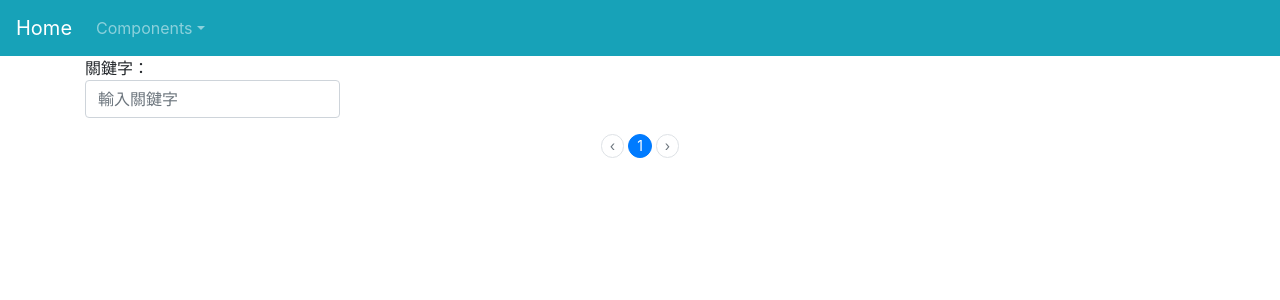
Repository: iian0910/bootstrapVue-demo
Page: /#/tablePagination
These files come from the project's save history. The page is drawn as it stood at one moment and after the next save; the edit follows.
The browser window is 1280 px wide. The pictures show the whole page.
The page's requests for data from a server got no answer. The project was rebuilt for these pictures with package versions that can differ from the ones it lists, and the page was loaded fresh each time. No one was signed in, and anything a server would have sent is missing.

Above is the page before, as saved 2021-04-26 14:51:28.

### src/main.ts
import axios from 'axios'
import { BootstrapVue, IconsPlugin } from 'bootstrap-vue'
import 'bootstrap-vue/dist/bootstrap-vue.css'
// Import Bootstrap an BootstrapVue CSS files (order is important)
import 'bootstrap/dist/css/bootstrap.css'
import Vue from 'vue'
import VueAxios from 'vue-axios'
import App from './App.vue'
import router from './router'

// Make BootstrapVue available throughout your project
Vue.use(BootstrapVue)
// Optionally install the BootstrapVue icon components plugin
Vue.use(IconsPlugin)
Vue.use(VueAxios, axios)

Vue.config.productionTip = false

new Vue({
  router,
  render: h => h(App)
}).$mount('#app')

### src/App.vue
<template>
  <div id="app">
  <Main/>
  </div>
</template>

<script lang="ts">
import { Component, Vue } from 'vue-property-decorator'
import Main from './pages/Main.vue'

@Component({
  components: {
    Main
  }
})
export default class App extends Vue {}
</script>

<style lang="scss">

</style>

### src/router/index.ts
import Vue from 'vue'
import VueRouter from 'vue-router'

Vue.use(VueRouter)

const routes = [
  {
    path: '/',
    name: 'Home',
    component: () => import('../pages/Index.vue')
  },
  {
    path: '/tablePagination',
    name: 'TablePagination',
    component: () => import('../components/TablePagination.vue')
  }
]

const router = new VueRouter({
  routes
})

export default router

### src/pages/Main.vue
<template>
  <div>
    <Navbar/>
    <router-view></router-view>
  </div>
</template>
<script lang="ts">
import { Component, Vue } from 'vue-property-decorator'
import Navbar from '../components/Navbar.vue'

@Component({
  components: {
    Navbar
  }
})
export default class Main extends Vue {

}
</script>
<style lang="scss">

</style>

### src/components/TablePagination.vue
<template>
  <div>
    <div class="container">
      <div class="row">
        <div class="col-3">
          關鍵字：<b-form-input
            v-model="filterText"
            type="text"
            placeholder="輸入關鍵字"
            required
          ></b-form-input>
        </div>
      </div>
      <div class="row">
        <div class="col-10 offset-1">
          <!-- Table: 基本款 -->
          <!-- <b-table striped hover :items="sliceDate"></b-table> -->

          <!-- Table: 客製化 -->
          <b-table
            striped hover
            :items="sliceDate"
          >
            <template #cell(seq)="sliceDate">{{sliceDate.item.seq}}</template>
            <template #cell(materialYear)="sliceDate">{{sliceDate.item.materialYear}}</template>
            <template #cell(statisticsProject)="sliceDate">{{sliceDate.item.statisticsProject}}</template>
            <template #cell(taxCategory)="sliceDate">{{sliceDate.item.taxCategory}}</template>
            <template #cell(value)="sliceDate">
              <div class="text-left">{{sliceDate.item.value | currencyChange}}</div>
            </template>
            <template #cell(dataUnit)="sliceDate">{{sliceDate.item.dataUnit}}</template>
          </b-table>
          <!-- Pagination -->
          <div class="d-flex justify-content-center">
            <b-pagination
              v-model="currentPage"
              :total-rows="data.length"
              :per-page="perPage"
              pills
              first-number
              last-number
              size="sm"
              @click.native="sliceData(currentPage)"
            ></b-pagination>
          </div>
        </div>
      </div>
    </div>
  </div>
</template>

<script lang="ts">
import { Component, Prop, Emit, Vue } from 'vue-property-decorator'

// interFace
interface Data {
  seq: string;
  materialYear: string;
  statisticsProject: string;
  taxCategory: string;
  value: string;
  dataUnit: string;
}

// Component 宣告在最前面
@Component({
  filters: {
    currencyChange (val: string) {
      val = parseFloat(val.replace(/\s/g, '').replace(/,/g, ''))
        .toString()
        .replace(/\B(?=(\d{3})+(?!\d))/g, ',')
      if (val === 'NaN') {
        val = ''
      }
      return '$' + val
    }
  }
})

export default class TablePagination extends Vue {
  // Data
  private firstName = 'John'
  private lastName = 'Don'
  private apiURL = 'https://api.kcg.gov.tw/api/service/get/2c1d9959-d038-4918-bae3-409680f8193a'
  public data = []
  public sliceDate = []
  public parentSendData = 'parentSendData'
  public childSendData = ''
  public currentPage = 1 // 預設目前頁面
  public perPage = 10 // 每頁顯示項目數
  public sortBy = 'Value'
  public sortDesc = false

  // @Prop(props)
  @Prop()
  private msg!: string;

  // @Emit
  @Emit()
  private emitData (msg:string) {
    console.log(msg)
    this.childSendData = msg
  }

  // methods
  public hello () {
    console.log(this.firstName + ' ' + this.lastName)
  }

  private changeDataDTO (data:any) {
    this.data = data.map((res: any) => {
      const rowData = {} as Data
      rowData.seq = res.seq
      rowData.materialYear = res.資料年度
      rowData.statisticsProject = res.統計項目
      rowData.taxCategory = res.稅目別
      rowData.value = res.值
      rowData.dataUnit = res.資料單位
      return rowData
    })
  }

  private sliceData (currentPage: number) {
    this.sliceDate = this.data.slice(this.perPage * currentPage - this.perPage, this.perPage * currentPage)
  }

  // 生命週期
  public mounted () {
    this.$http.get(this.apiURL).then((res) => {
      this.data = res.data.data
      this.changeDataDTO(this.data)
      this.sliceData(this.currentPage)
    })
  }
}
</script>

<!-- Add "scoped" attribute to limit CSS to this component only -->
<style scoped lang="scss">
h3 {
  margin: 40px 0 0;
}
ul {
  list-style-type: none;
  padding: 0;
}
li {
  display: inline-block;
  margin: 0 10px;
}
a {
  color: #42b983;
}
</style>

### src/components/Navbar.vue
<template>
  <div>
    <b-navbar toggleable="lg" type="dark" variant="info">
      <b-navbar-brand to="/">Home</b-navbar-brand>

      <b-navbar-toggle target="nav-collapse"></b-navbar-toggle>

      <b-collapse id="nav-collapse" is-nav>
        <b-navbar-nav>
          <b-nav-item-dropdown text="Components" right>
            <b-dropdown-item to="/tablePagination">TablePagination</b-dropdown-item>
          </b-nav-item-dropdown>
        </b-navbar-nav>
      </b-collapse>
    </b-navbar>
  </div>
</template>

<script lang="ts">
import { Component, Vue } from 'vue-property-decorator'

// Component 宣告在最前面
@Component({
  components: {

  }
})

export default class Navbar extends Vue {

}
</script>

Loaded but not shown: public/index.html (common file)

After the next save:
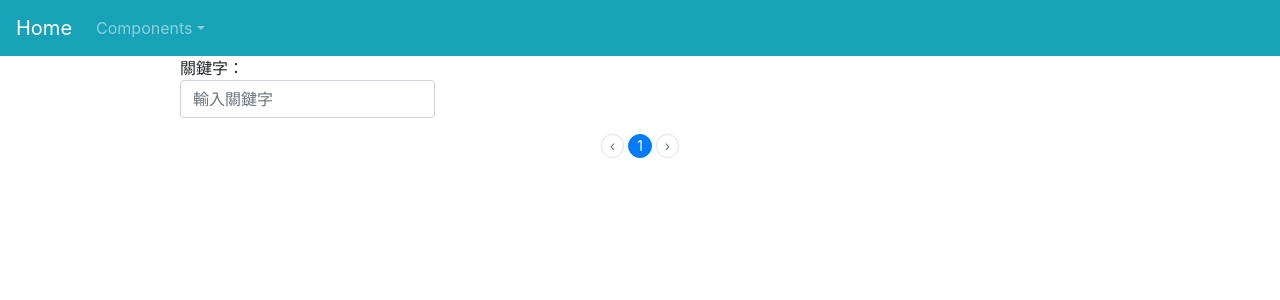
Saved 10 s later.
--- a/src/components/TablePagination.vue
+++ b/src/components/TablePagination.vue
@@ -2,7 +2,7 @@
   <div>
     <div class="container">
       <div class="row">
-        <div class="col-3">
+        <div class="col-3 offset-1">
           關鍵字：<b-form-input
             v-model="filterText"
             type="text"
